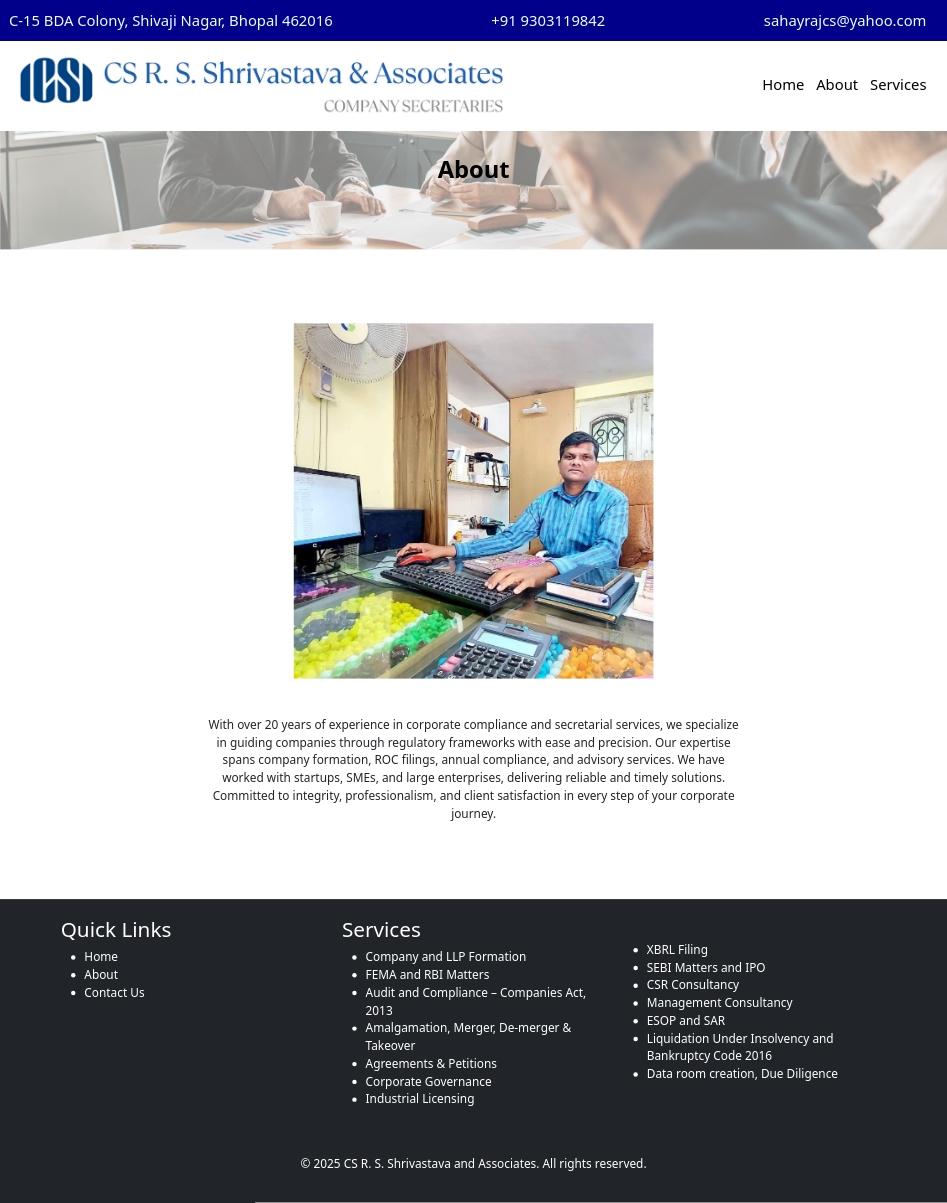
Repository: aayushiss/CS-RSS
Page: about.html
An editor plug-in stored every save of this project. The page is shown before and after the next save, followed by the edit.
The browser window is 1280 px wide. The pictures show the whole page, at 74% of full size.

Above is the page before, as saved 2025-05-26 20:13:53.

After the next save:
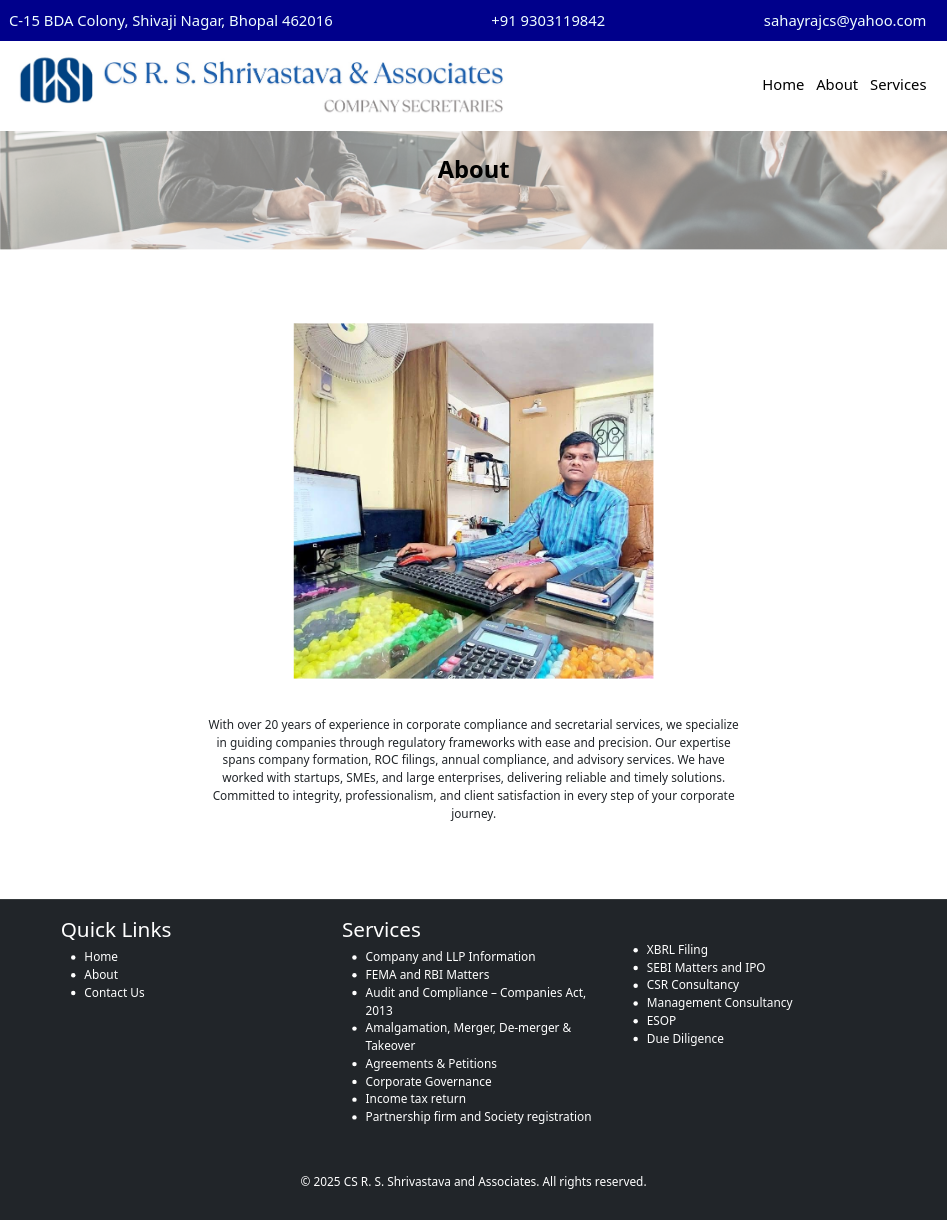
Saved 3 s later.
--- a/about.html
+++ b/about.html
@@ -56,44 +56,43 @@
 
     <footer class="bg-dark text-white py-4 mt-5">
         <div class="container">
-            <div class="row">
-                <div class="col">
-                    <h3>Quick Links</h3>
-                    <ul class="footer-links">
-                        <li><a href="index.html">Home</a></li>
-                        <li><a href="about.html">About</a></li>
-                        <li><a href="index.html#contact-section">Contact Us</a></li>
-                    </ul>
-                </div>
-                <div class="col">
-                    <h3>Services</h3>
-                    <ul class="footer-links">
-                        <li><a href="index.html">Company and LLP Formation</a></li>
-                        <li><a href="about.html">FEMA and RBI Matters</a></li>
-                        <li><a href="#contact-section">Audit and Compliance – Companies Act, 2013</a></li>
-                        <li><a href="hncjsd">Amalgamation, Merger, De-merger & Takeover</a></li>
-                        <li><a href="hncjsd">Agreements & Petitions</a></li>
-                        <li><a href="hncjsd">Corporate Governance</a></li>
-                        <li><a href="hncjsd">Industrial Licensing</a></li>
-                    </ul>
-                </div>
-                <div class="col" style="margin-top: 2rem;">
-                    <ul class="footer-links">
-                        <li><a href="hncjsd">XBRL Filing</a></li>
-                        <li><a href="hncjsd">SEBI Matters and IPO</a></li>
-                        <li><a href="hncjsd">CSR Consultancy</a></li>
-                        <li><a href="hncjsd">Management Consultancy</a></li>
-                        <li><a href="hncjsd">ESOP and SAR</a></li>
-                        <li><a href="hncjsd">Liquidation Under
-                                Insolvency and Bankruptcy Code 2016</a></li>
-                        <li><a href="hncjsd">Data room creation, Due Diligence</a></li>
-                    </ul>
-                </div>
+          <div class="row">
+            <div class="col">
+              <h3>Quick Links</h3>
+              <ul class="footer-links">
+                <li><a href="index.html">Home</a></li>
+                <li><a href="about.html">About</a></li>
+                <li><a href="#contact-section">Contact Us</a></li>
+              </ul>
             </div>
+            <div class="col">
+              <h3>Services</h3>
+              <ul class="footer-links">
+                <li><a href="services.html#Company-and-LLP-Info">Company and LLP Information</a></li>
+                <li><a href="services.html#FEMA-and-RBI-Matters">FEMA and RBI Matters</a></li>
+                <li><a href="services.html#Audit-and-Compliance">Audit and Compliance – Companies Act, 2013</a></li>
+                <li><a href="hncjsd">Amalgamation, Merger, De-merger & Takeover</a></li>
+                <li><a href="hncjsd">Agreements & Petitions</a></li>
+                <li><a href="hncjsd">Corporate Governance</a></li>
+                <li><a href="hncjsd">Income tax return</a></li>
+                <li><a href="hncjsd">Partnership firm and Society registration</a></li>
+              </ul>
+            </div>
+            <div class="col" style="margin-top: 2rem;">
+              <ul class="footer-links">
+                <li><a href="hncjsd">XBRL Filing</a></li>
+                <li><a href="hncjsd">SEBI Matters and IPO</a></li>
+                <li><a href="hncjsd">CSR Consultancy</a></li>
+                <li><a href="hncjsd">Management Consultancy</a></li>
+                <li><a href="hncjsd">ESOP</a></li>
+                <li><a href="hncjsd">Due Diligence</a></li>
+              </ul>
+            </div>
+          </div>
 
         </div>
         <p class="text-center mt-5">&copy; 2025 CS R. S. Shrivastava and Associates. All rights reserved.</p>
-    </footer>
+      </footer>
 </body>
 
 </html>
